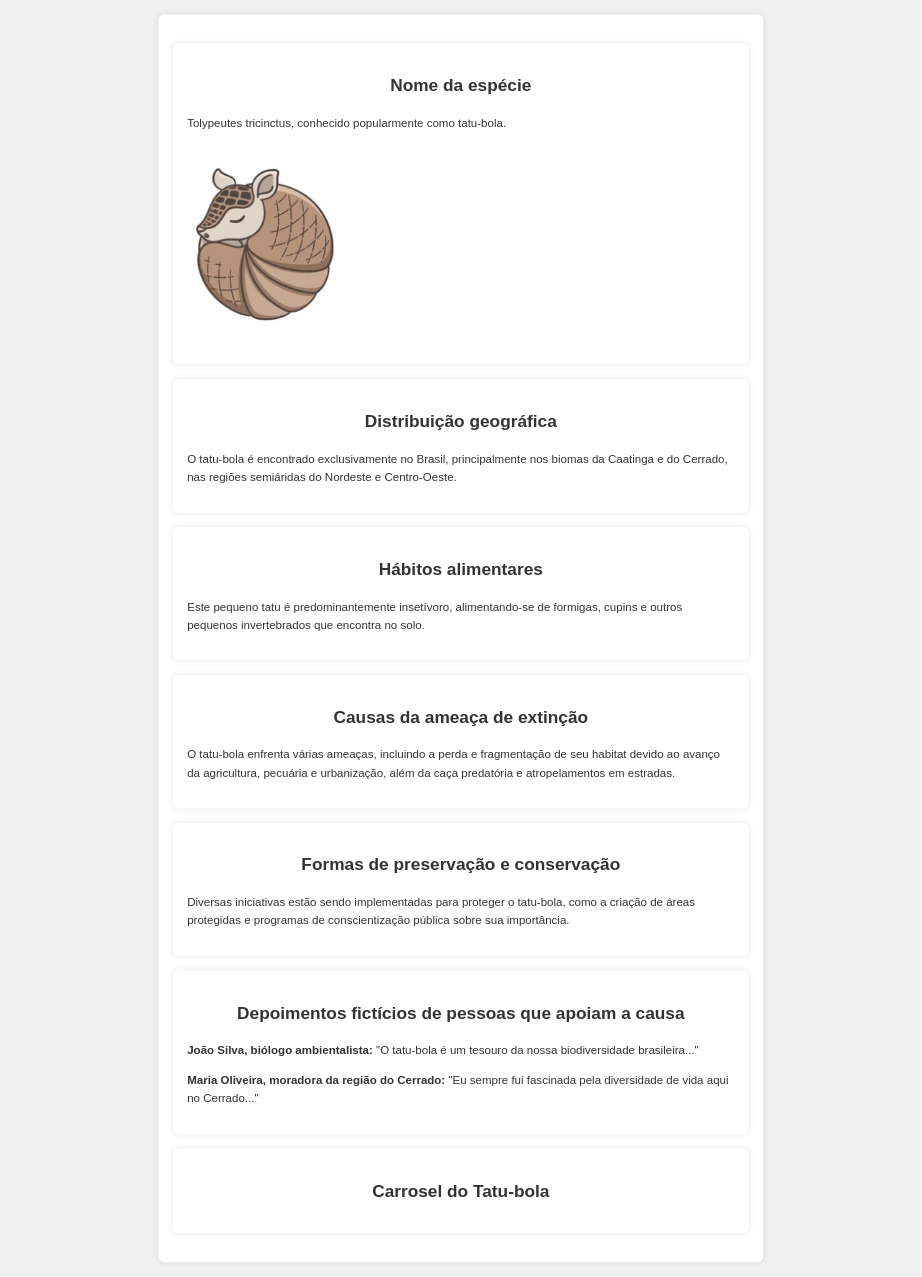
Repository: Gabrielb0rn/Tatu-bola.io
Page: index.html
The author's editor kept a copy of each file at every save. The page is drawn from the files as they stood at one save, then again after the next save.
The browser window is 1280 px wide. The pictures show the part of the page from y = 300 to 2073 px (the page is 2073 px tall before and 1884 px after), at 72% of full size.

Above is the page before, as saved 2024-06-19 08:40:21.

After the next save:
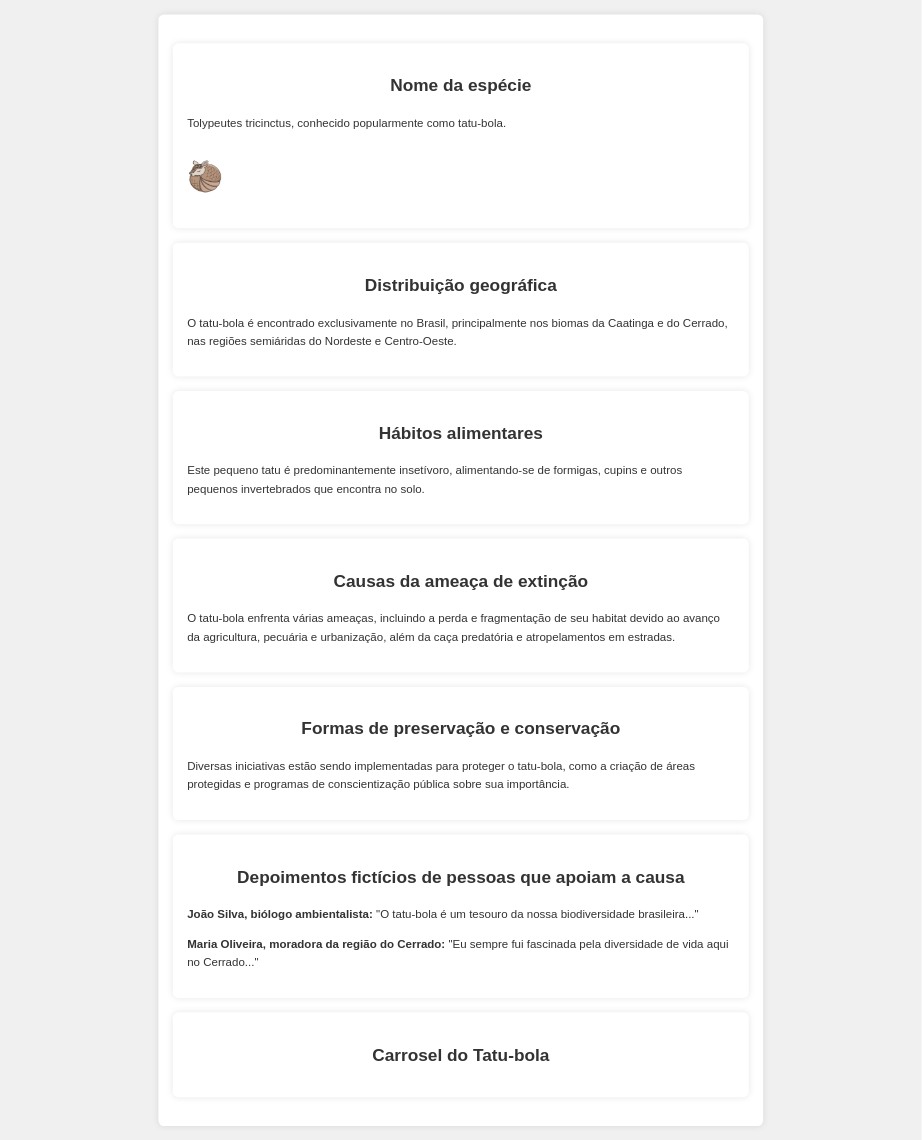
Saved 20 s later.
--- a/index.html
+++ b/index.html
@@ -15,7 +15,7 @@
         <section class="container">
             <h2>Nome da espécie</h2>
             <p>Tolypeutes tricinctus, conhecido popularmente como tatu-bola.</p>
-            <img src="resources/intro/tatu-bola.jpg" alt="Tatu-bola">
+            <img src="resources/intro/tatu-bola.jpg" alt="Tatu-bola" height="50" width="50">
         </section>
 
         <section class="container">
